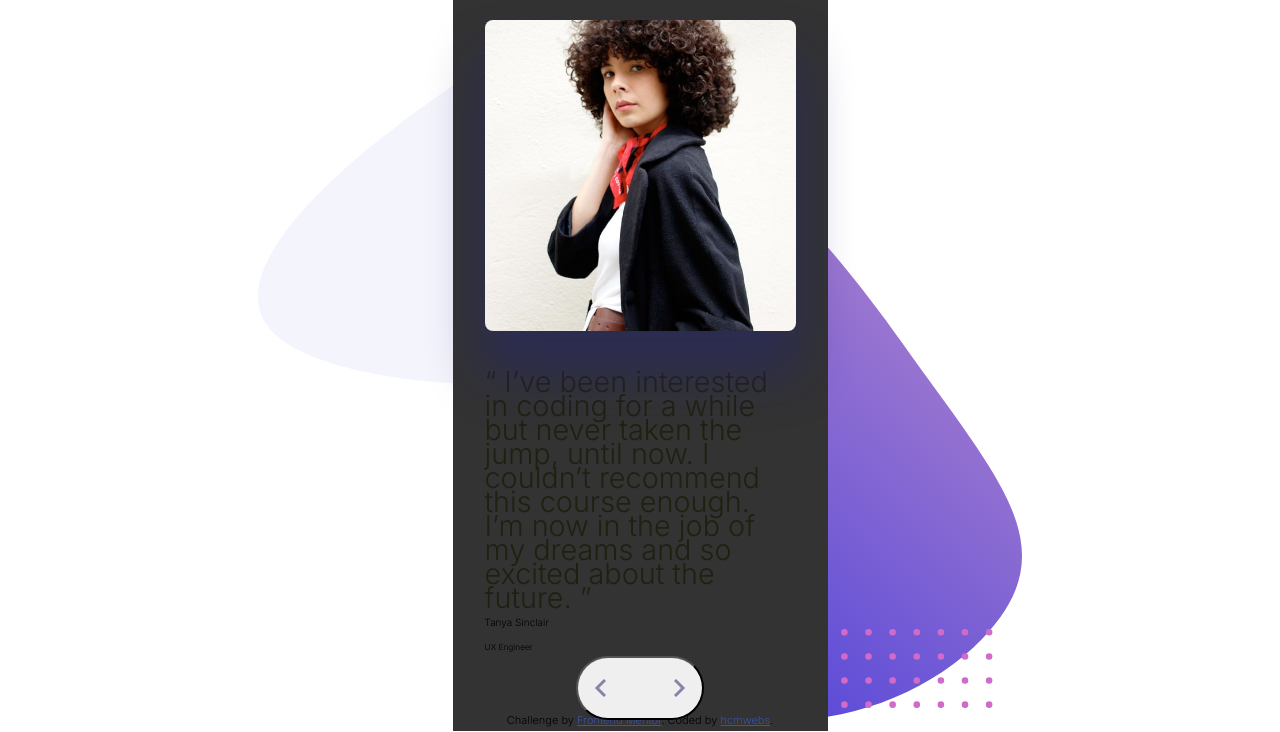
Repository: Hcmwebs/Coding-Bootcamp-Testimonials
Page: index.html
An editor plug-in stored every save of this project. The page is shown before and after the next save, followed by the edit.
The browser window is 1280 px wide. The pictures show the whole page.
The style sheet was rebuilt from its Sass, Less or Tailwind sources for each picture, by a compiler version that may differ from the author's.

Above is the page before, as saved 2020-10-30 12:45:10.

After the next save:
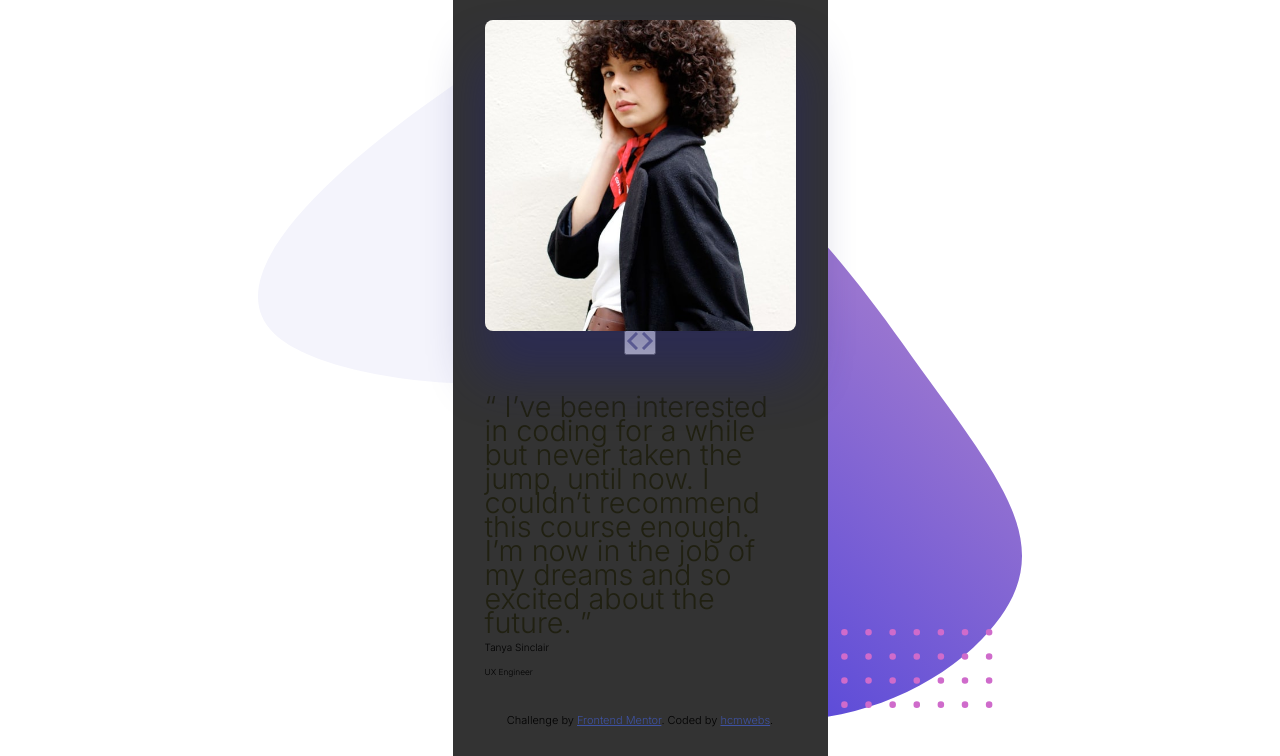
Saved 72 s later.
--- a/scss/main.scss
+++ b/scss/main.scss
@@ -75,19 +75,17 @@ body{
 
 
     }
-  }
 
-  button {
-    width: 8rem;
-    height: 4rem;
-    padding: 1rem;
-    border-radius: 2.8rem;
-    @include flexSpaceBetween;
-    position: absolute;
-    bottom: 0;
+    button {
+      width: 8rem;
+      height: 4rem;
+      padding: 1rem;
+      border-radius: 2.8rem;
+      @include flexSpaceBetween;
+      position: absolute;
+      bottom: 0;
 
-
-
+    }
   }
 
   &__body{
